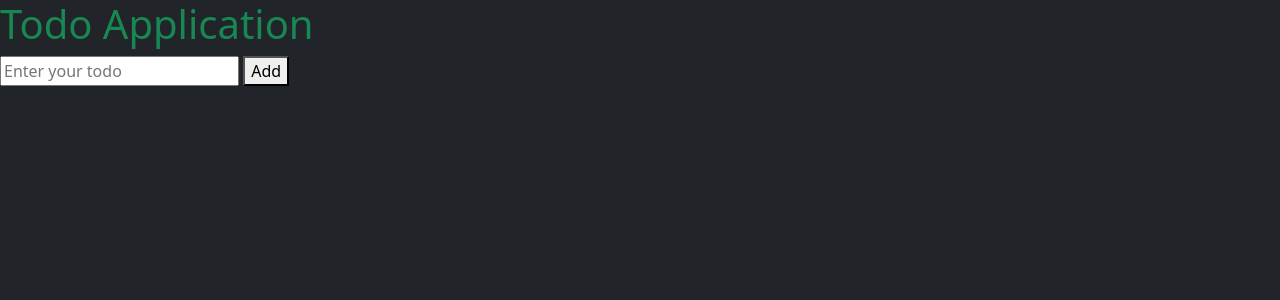
Repository: Alphosmart/param
Page: todo.html
An editor plug-in stored every save of this project. The page is shown before and after the next save, followed by the edit.
The browser window is 1280 px wide. The pictures show the whole page.

Above is the page before, as saved 2024-07-01 08:29:42.

### todo.html
<!DOCTYPE html>
<html lang="en">
  <head>
    <meta charset="UTF-8" />
    <meta name="viewport" content="width=device-width, initial-scale=1.0" />
    <title>Todo</title>
    <link rel="stylesheet" href="style.css" />
    <link
      href="https://cdn.jsdelivr.net/npm/bootstrap@5.3.3/dist/css/bootstrap.min.css"
      rel="stylesheet"
      integrity="sha384-QWTKZyjpPEjISv5WaRU9OFeRpok6YctnYmDr5pNlyT2bRjXh0JMhjY6hW+ALEwIH"
      crossorigin="anonymous"
    />
  </head>

  <body class="bg-dark text-success">
    <div>
      <h1 class="d-flex allign-items-center">Todo Application</h1>
      <input type="text" placeholder="Enter your todo" id="todo" />
      <button onclick="addTodo()">Add</button>
      <div id="showFace"></div>
    </div>

    <script src="script.js"></script>
  </body>
</html>

### style.css
.btnDelete {
    border: none;
    border-radius: 10%;
    padding: 10px;
    text-align: center;
    background-color: #ff0000;
    color: #fff;
}

### script.js
'use strict';

var allTodos = [];

function addTodo() {
  var inputs = document.getElementById('todo').value;
  if (inputs !== '') {
    allTodos.push(inputs);
    console.log(allTodos);
    document.getElementById('todo').value = '';
    displayTodo();
  } else {
    alert('Please enter something.');
  }
}

function displayTodo() {
  showFace.innerHTML = '';
  for (var i = 0; i < allTodos.length; i++) {
    showFace.innerHTML += `
      <h3>${i + 1}. ${allTodos[i]}</h3>
      <button class='btnDelete' onclick="deleteTodo(${i})">Delete</button>
      <button onclick="editTodo(${i})" style="color: orangered">Edit</button>
    `;
  }
}

function deleteTodo(index) {
  var confirmDelete = confirm('Are you sure you want to delete this item?');
  if (confirmDelete) {
    allTodos.splice(index, 1);
    displayTodo();
  }
}

function editTodo(index) {
  var newTodo = prompt('Edit your todo:', allTodos[index]);
  if (newTodo !== null && newTodo !== '') {
    allTodos[index] = newTodo;
    displayTodo();
  } else if (newTodo === '') {
    alert('The input cannot be empty.');
  }
}

After the next save:
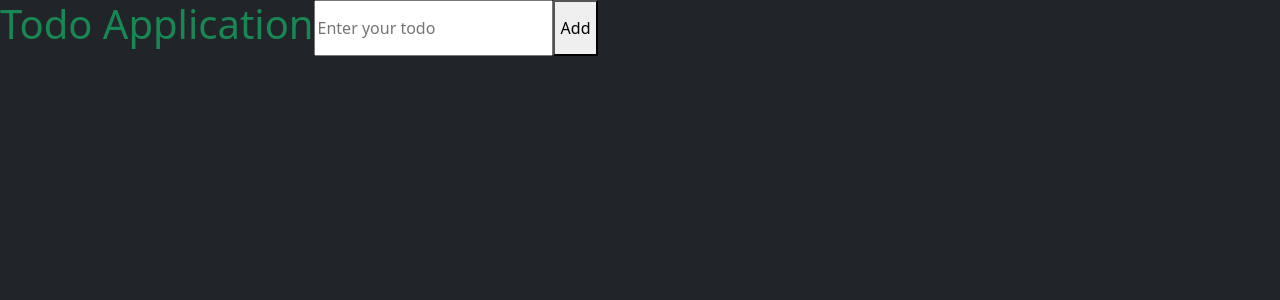
Saved 12 s later.
--- a/todo.html
+++ b/todo.html
@@ -14,8 +14,8 @@
   </head>
 
   <body class="bg-dark text-success">
-    <div>
-      <h1 class="d-flex allign-items-center">Todo Application</h1>
+    <div class="d-flex allign-items-center">
+      <h1>Todo Application</h1>
       <input type="text" placeholder="Enter your todo" id="todo" />
       <button onclick="addTodo()">Add</button>
       <div id="showFace"></div>
